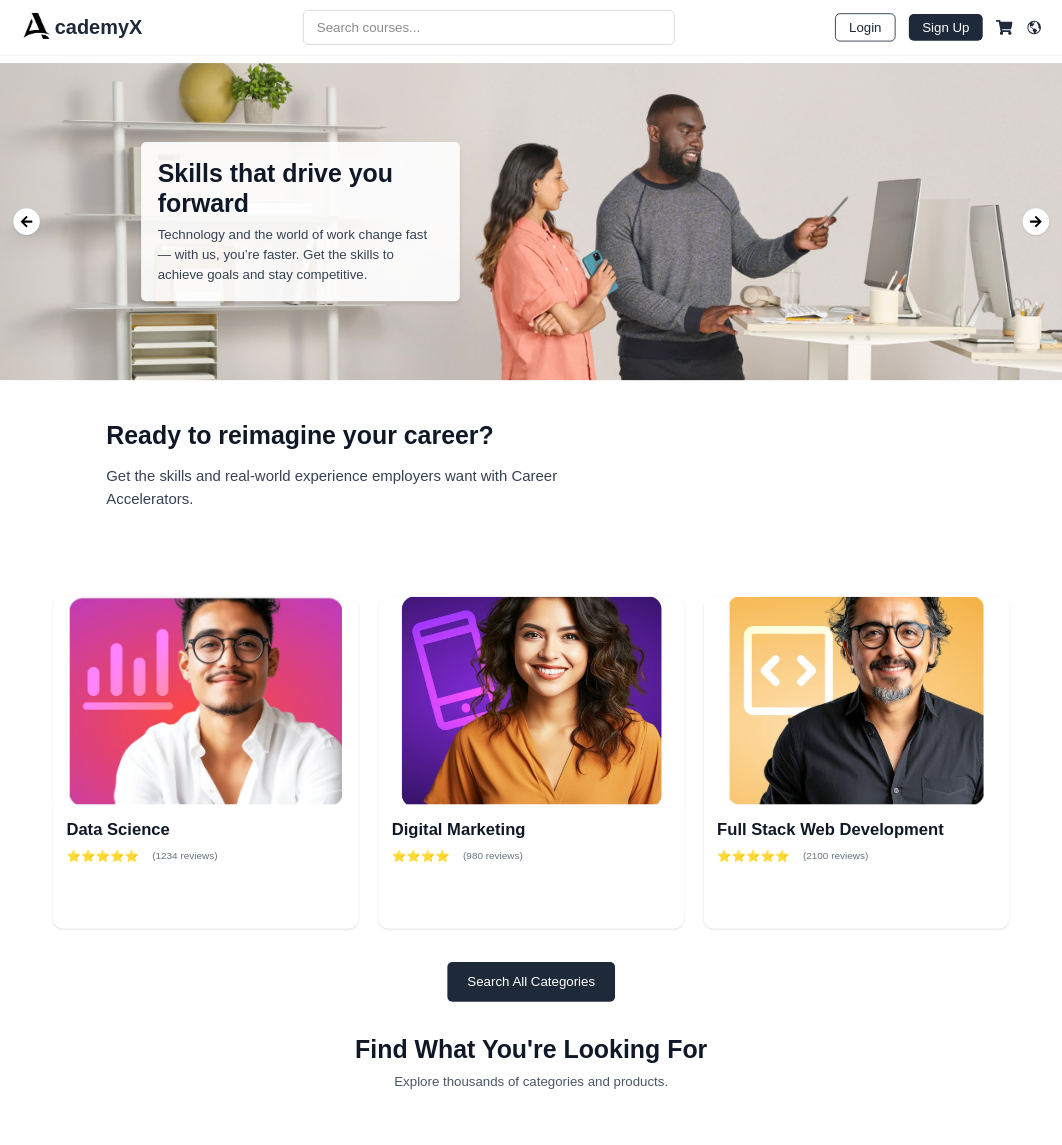
Repository: MohamedSalah54/full-stack-e-learning
Page: / (app in frontend/)
These files come from the project's save history. The page is drawn as it stood at one moment and after the next save; the edit follows.
The browser window is 1280 px wide. The pictures show the whole page, at 83% of full size.
The project was rebuilt for these pictures with package versions that can differ from the ones it lists, and the page was loaded fresh each time. The framework's server and built-in components were replaced by stand-ins that run in the browser. Also part of the build but not shown: frontend/next.config.ts.

Above is the page before, as saved 2025-06-15 14:17:37.

After the next save:
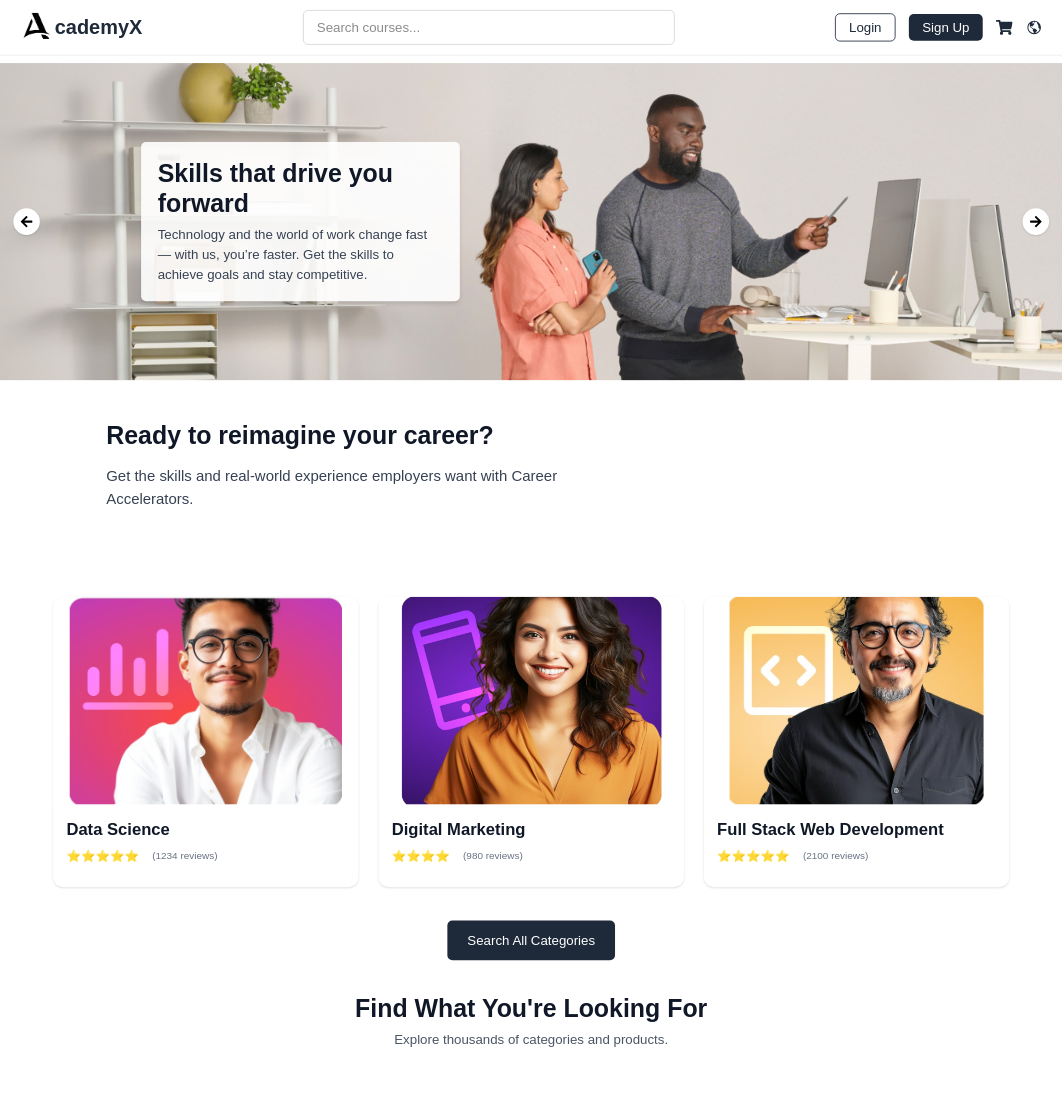
Saved 12 s later.
--- a/frontend/src/components/home/HeroCategories.tsx
+++ b/frontend/src/components/home/HeroCategories.tsx
@@ -25,7 +25,7 @@
             {/* Cards */}
             <div className="max-w-6xl mx-auto grid grid-cols-1 sm:grid-cols-2 md:grid-cols-3 gap-6">
                 {categories.map((cat, index) => (
-                    <div key={index} className="bg-white rounded-xl overflow-hidden shadow hover:shadow-lg transition min-h-[400px]">
+                    <div key={index} className="bg-white rounded-xl overflow-hidden shadow hover:shadow-lg transition min-h-[350px]">
                         <img src={cat.image} alt={cat.title} className="w-full h-[250px] object-contain bg-white" />
                         <div className="p-4">
                             <h3 className="text-xl font-semibold text-gray-900 mb-2">{cat.title}</h3>
